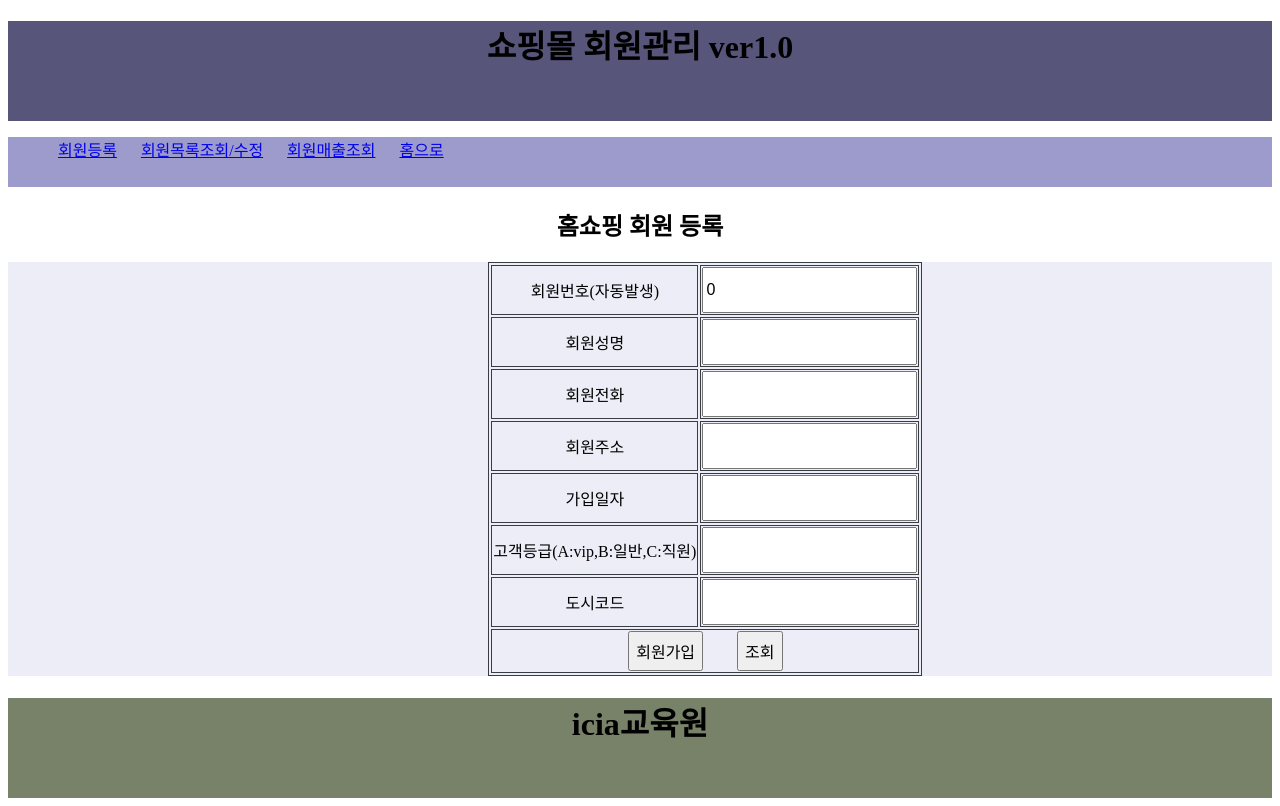
Repository: Kim-seongjun/javastudy2
Page: http://localhost/back_end_test/Joinfrm
The author's editor kept a copy of each file at every save. The page is drawn from the files as they stood at one save, then again after the next save.
The browser window is 1280 px wide. The pictures show the whole page.
The page is served by Tomcat 9. Queries for data that is not in the repository find no rows.

Above is the page before, as saved 2020-01-22 06:27:41.

After the next save:
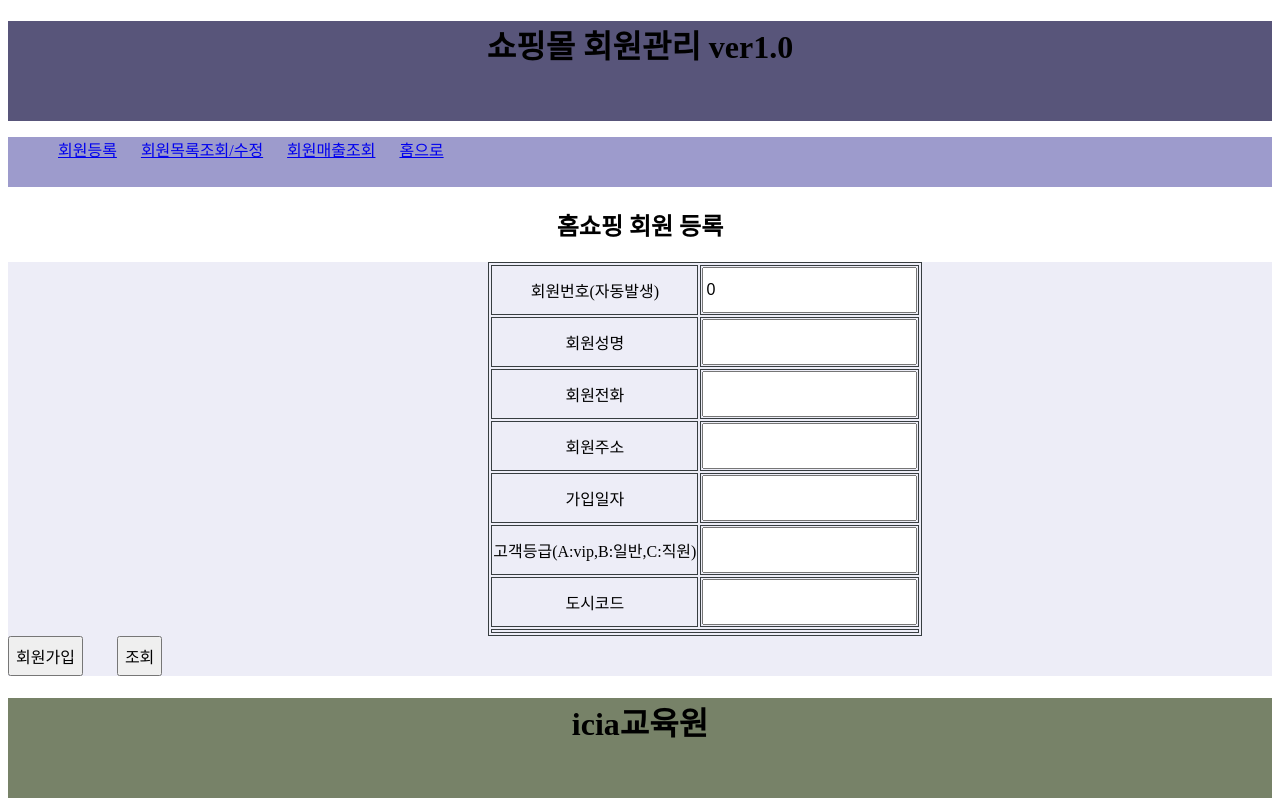
Saved 2 min 16 s later.
--- a/back_end_test/WebContent/Joinfrm.jsp
+++ b/back_end_test/WebContent/Joinfrm.jsp
@@ -94,10 +94,10 @@
 					</tr>
 					<tr>
 						<td colspan="2">
-						<input type="submit" value="회원가입">
-						<input type="submit" value="조회" style="margin-left: 30px;"></td>
 					</tr>
 				</table>
+				<input type="submit" value="회원가입">
+						<input type="submit" value="조회" style="margin-left: 30px;"></td>
 			</form>
 		</div>
 	</section>

After the 2 saves that followed:
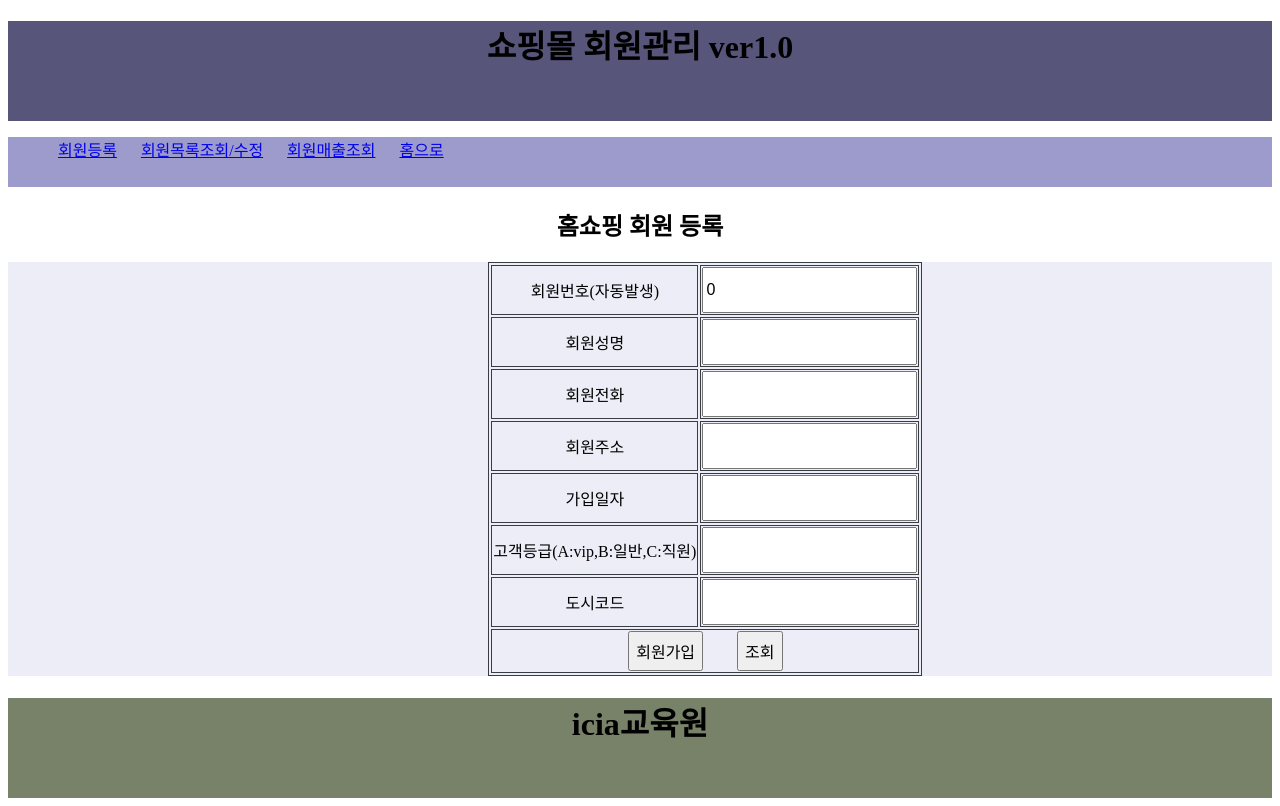
The 2 saves are shown as one change because 1 left the picture as it was.
The last was saved 24 s later.
--- a/back_end_test/WebContent/Joinfrm.jsp
+++ b/back_end_test/WebContent/Joinfrm.jsp
@@ -94,10 +94,11 @@
 					</tr>
 					<tr>
 						<td colspan="2">
+						<input type="submit" value="회원가입">
+						<input type="submit" value="조회" style="margin-left: 30px;">
+						</td>
 					</tr>
 				</table>
-				<input type="submit" value="회원가입">
-						<input type="submit" value="조회" style="margin-left: 30px;"></td>
 			</form>
 		</div>
 	</section>
